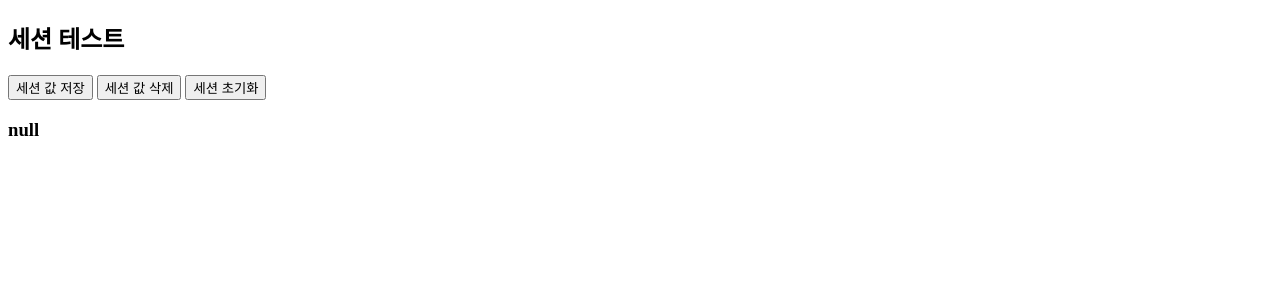
Repository: serendipity63/jsp_workspace
Page: http://localhost/JspExam5/sessionTest.jsp
The author's editor kept a copy of each file at every save. The page is drawn from the files as they stood at one save, then again after the next save.
The browser window is 1280 px wide. The pictures show the whole page.
The page is served by Tomcat 9.

Above is the page before, as saved 2023-09-20 07:31:34.

After the next save:
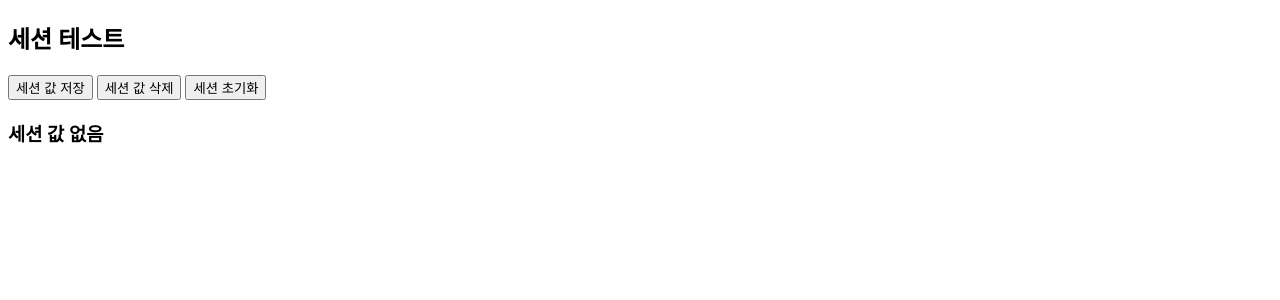
Saved 14 s later.
--- a/JspExam5/src/main/webapp/sessionTest.jsp
+++ b/JspExam5/src/main/webapp/sessionTest.jsp
@@ -2,7 +2,7 @@
     pageEncoding="UTF-8"%>
 <%
 	String nickname=(String)session.getAttribute("nickname");
-	if(nickname!=null){
+	if(nickname==null){
 		nickname="세션 값 없음";
 	}
 %>
